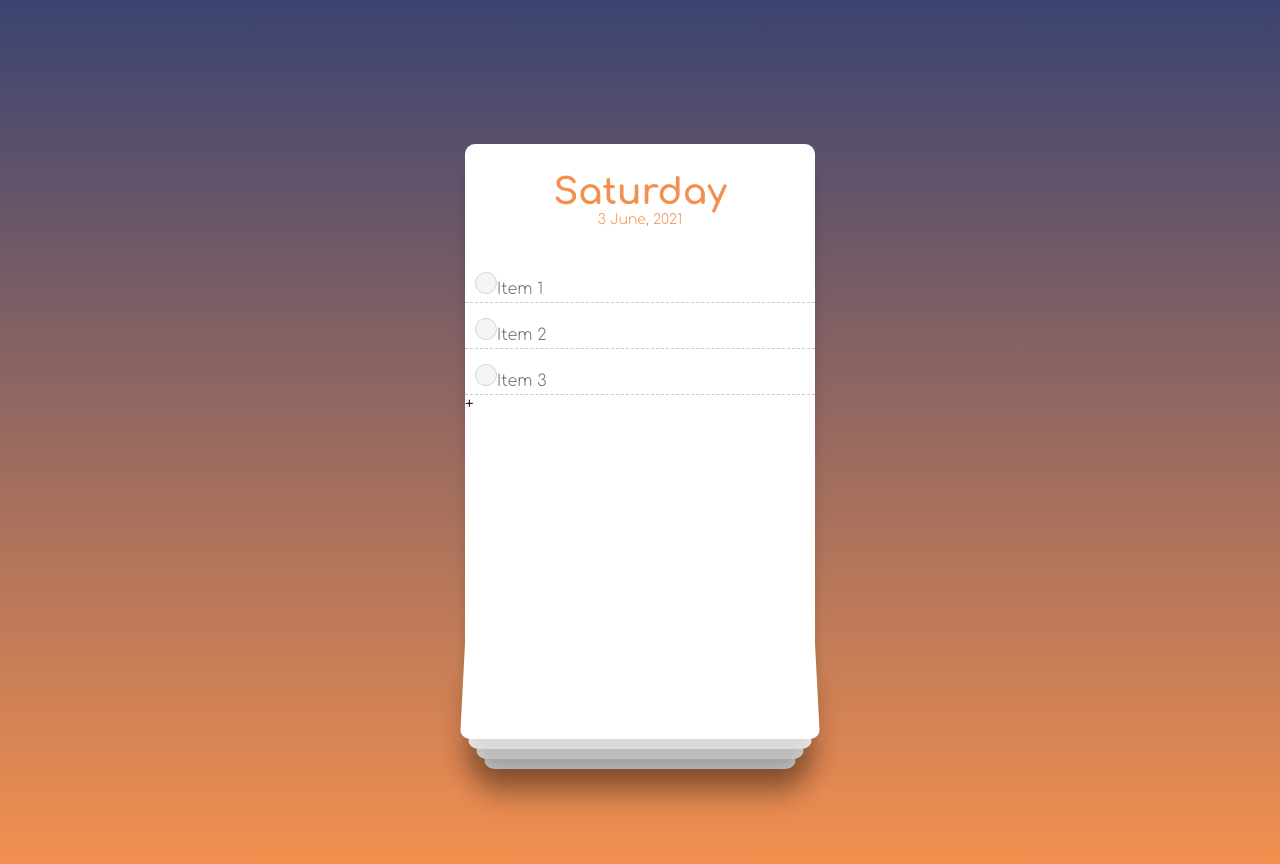
Repository: Colo-Codes/mini-projects
Page: todo-app/index.html
These files come from the project's save history. The page is drawn as it stood at one moment and after the next save; the edit follows.
The browser window is 1280 px wide. The pictures show the whole page.

Above is the page before, as saved 2021-07-04 12:10:42.

After the next save:
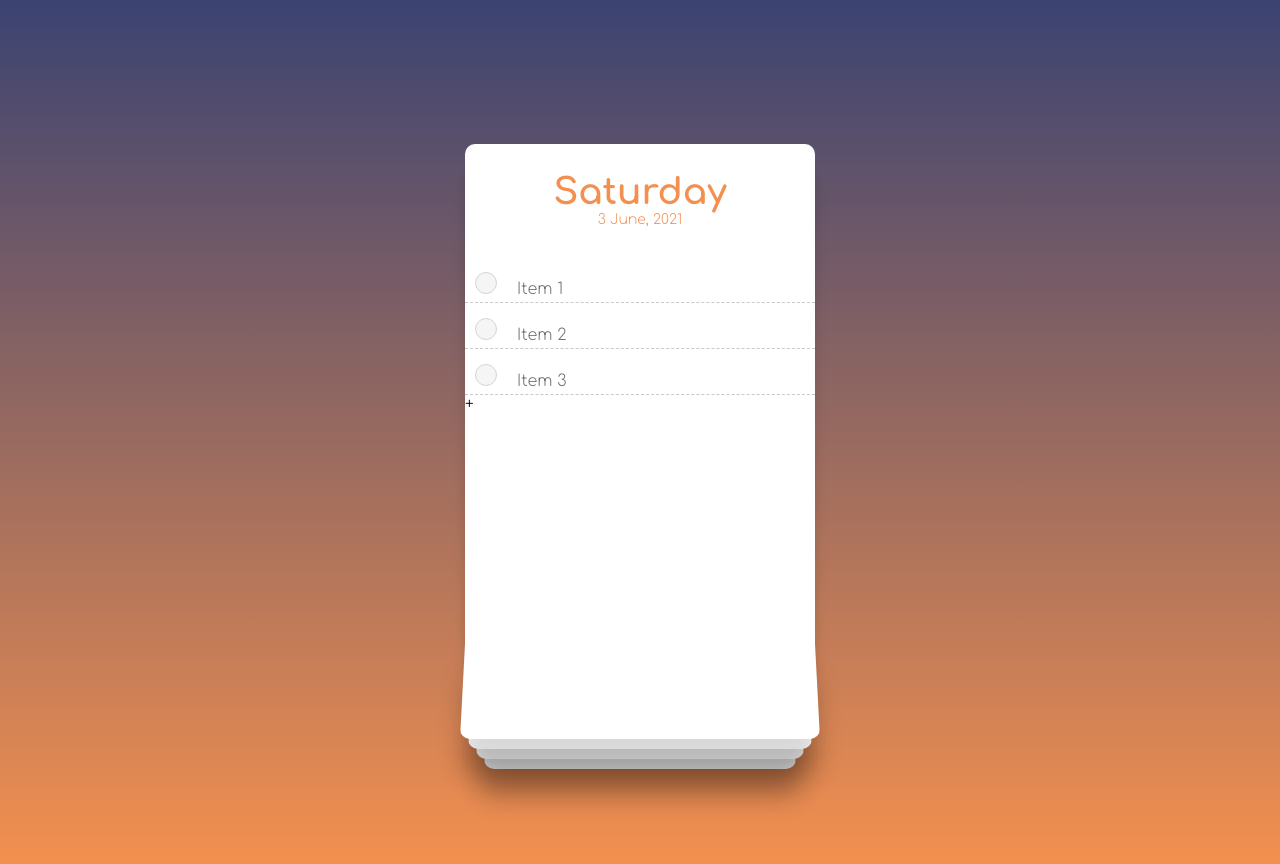
Saved 25 s later.
--- a/todo-app/css/index.css
+++ b/todo-app/css/index.css
@@ -137,5 +137,5 @@ div [id^='sheet-'] {
     background-color: #f5f5f5;
     border: 1px solid #d5d5d5;
     border-radius: 50%;
-    margin-left: 10px;
+    margin: auto 20px auto 10px;
 }
